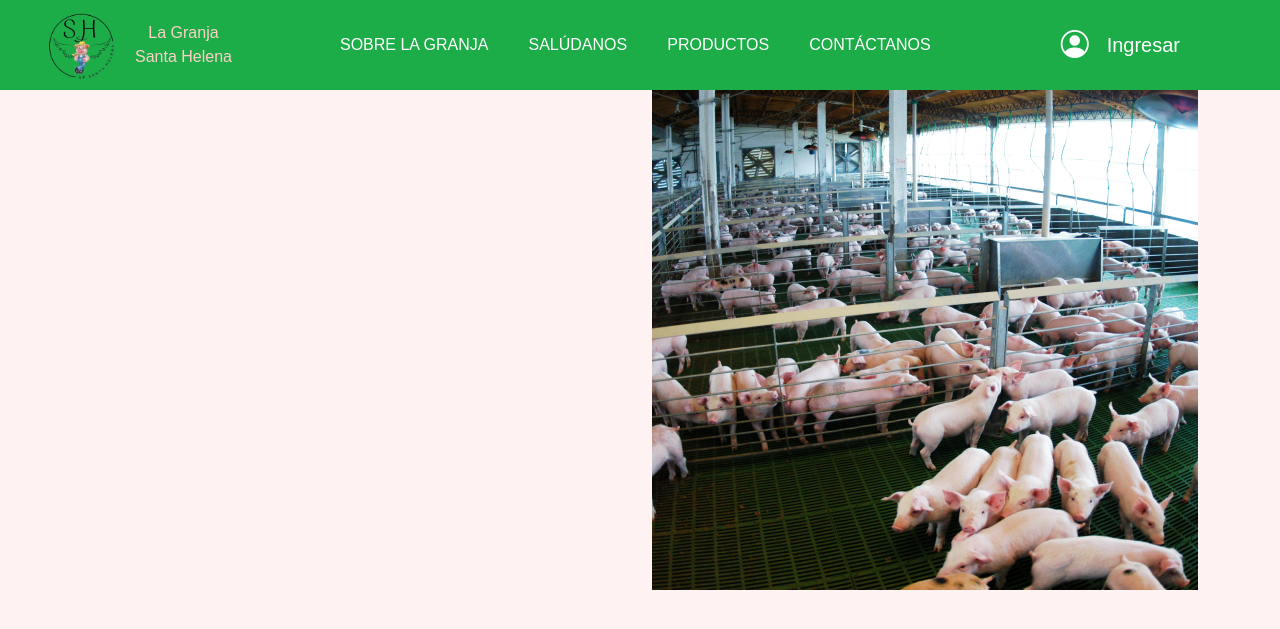
Repository: Mateojimenezz/Granja-Santa-Helena
Page: paginaDeInicio.html
An editor plug-in stored every save of this project. The page is shown before and after the next save, followed by the edit.
The browser window is 1280 px wide. The pictures show the whole page.
Some web fonts or font styles are not loaded; a fallback is used.

Above is the page before, as saved 2025-03-29 16:30:47.

### paginaDeInicio.html
<!DOCTYPE html>
<html lang="es">
<head>
    <meta charset="UTF-8">
    <meta name="viewport" content="width=device-width, initial-scale=1.0">
    <title>La Granja</title>
    <link href="https://cdn.jsdelivr.net/npm/bootstrap@5.3.3/dist/css/bootstrap.min.css" rel="stylesheet" integrity="sha384-QWTKZyjpPEjISv5WaRU9OFeRpok6YctnYmDr5pNlyT2bRjXh0JMhjY6hW+ALEwIH" crossorigin="anonymous">

    <link rel="stylesheet" href="./assets/css/index.css">
    <link rel="stylesheet" href="https://cdn.jsdelivr.net/npm/bootstrap-icons@1.11.3/font/bootstrap-icons.min.css">
    <link href="https://fonts.googleapis.com/css2?family=Calistoga&display=swap" rel="stylesheet">

  </head>
<body>
  <header class="header sticky-top d-flex  align-items-center ">
    <div class="container d-flex  align-items-center justify-content-between ">
      <div class="logo">
        <img  src="./assets/img/logo.png" width="90" alt="Logo">
        <span>La Granja <br> Santa Helena</span>
      </div>
      <nav class="navbar navbar-expand-lg ">
        <button class="navbar-toggler toggler-focus text-white" type="button" data-bs-toggle="collapse" data-bs-target="#menu" aria-controls="menu" aria-expanded="false" aria-label="Toggle navigation">
          <span class="navbar-toggler-icon"></span>
        </button>
        <div class="collapse navbar-collapse" id="menu">
          <ul class="navbar-nav ms-auto    gap-md-2 gap-lg-4">
            <li class="nav-item"><a class="nav-link" href="#">SOBRE LA GRANJA</a></li>
            <li class="nav-item"><a class="nav-link" href="#">SALÚDANOS</a></li>
            <li class="nav-item"><a class="nav-link" href="#">PRODUCTOS</a></li>
            <li class="nav-item"><a class="nav-link" href="#">CONTÁCTANOS</a></li>
          </ul>
          <a href="login.html" class="ingresar1 d-sm-flex d-lg-none text-decoration-none text-dark">
            <i class="bi bi-person-circle fs-3 me-2"></i> <h5 class="pt-2">Ingresar</h5>
          </a>
        </div>

        </div>

      </nav>
      <a href="login.html" class="ingresar d-md-none d-lg-flex text-decoration-none text-dark">
        <i class="bi bi-person-circle fs-3 me-2"></i> <h5 class="pt-2">Ingresar</h5>
      </a>
    </div>
  </header>
  <main class="container">
    <!-- Sección 1 -->
    <section class=" row seccion-1 position-relative ">
        <article class="col-12 col-lg-6">


        </article>
        <article class="col-12 col-lg-6">
            <img src="assets/img/imagen1.jpg" alt="Fotografia de la granja" class="img-fluid imagen1" alt="">
        </article>

    </section>






  </main>

  <!-- bootstrap JS -->
  <script src="https://cdn.jsdelivr.net/npm/bootstrap@5.3.3/dist/js/bootstrap.bundle.min.js" integrity="sha384-YvpcrYf0tY3lHB60NNkmXc5s9fDVZLESaAA55NDzOxhy9GkcIdslK1eN7N6jIeHz" crossorigin="anonymous"></script>
  <script src="./assets/js/menu.js"></script>
</body>

</html>

### assets/css/index.css
@import "./variables.css";

/* === General === */
body {
  margin: 0;
  font-family: var(--font-principal);
  background-color: var(--color-FondoDiv2);
}

/* === Header === */
.header {
  background-color: var(--color-principal);
  color: var(--color-texto);
  font-size: 1rem;
}

.logo {
  display: flex;
  align-items: center;
  gap: 0.5rem;
  color: #FCD1C6;
  text-align: center;
  margin-left: 25px;
}

/* === Botón Ingresar === */
.ingresar,
.ingresar1 {
  color: white !important;
  cursor: pointer;
  display: flex;
  align-items: center;
  gap: 10px;
}

.ingresar {
  margin-left: 110px;
  margin-right: 100px;
}

.ingresar h5:hover,
.ingresar1 h5:hover {
  color: var(--color-fondoDiv);
}

/* === Navbar === */
.navar-nav {
  justify-content: center;
}

.nav-link {
  position: relative;
  color: white;
  text-decoration: none;
  padding: 0.5rem;
  transition: color 0.3s ease-in-out;
}
.nav-link:active{
  color: red;
}

.nav-link::after {
  content: '';
  position: absolute;
  left: 15px;
  bottom: 0;
  width: 0;
  height: 2px;
  background-color: var(--color-FondoDiv2);
  transition: width 0.3s ease-in-out;
}

.nav-link:hover {
  color: var(--color-fondoDiv);
}

.nav-link:hover::after {
  width: 75%;
}

/* === Sección 1 - Imagen Principal === */
.imagen1 {
  width: 100%;
  height: 500px;
  object-fit: cover;
}

.titulo1 {
  position: absolute;
  top: 50%;
  left: 50%;
  transform: translate(-50%, -50%);
  color: white;
  font-size: 4rem;
  font-weight: bold;
  text-shadow: 2px 2px 5px var(--color-principal);
  text-align: center;
}

/* === Sección 3 === */
.seccion-3 {
  background-color: var(--color-fondoDiv);
}

/* === Footer === */
.footer {
  background-color: var(--color-Footter);
  padding-left: 50px;
  padding-bottom: 0px;
  margin-bottom: -50px;
}

.Logofooter {
  max-width: 250px;
  margin-right: 50px;
}

/* === Responsividad === */
@media (max-width: 991px) {

  /* Ajustes en dispositivos pequeños */
  .logo {
    margin-left: -10px;
  }

  .navbar-toggler {
    border: none !important;
  }

  .navbar-toggler:focus,
  .navbar-toggler:active,
  .navbar-toggler:hover {
    outline: none !important;
    box-shadow: 0 0 10px #F8E91C !important;
  }

  /* Ocultar ingresar en pantallas pequeñas y mostrar ingresar1 */
  .ingresar {
    display: none;
  }

  .ingresar1 {
    display: flex;
  }

  .ingresar1 .bi {
    padding-top: 5px;
  }
}

### assets/js/menu.js
document.addEventListener("DOMContentLoaded", function () {
    const menuToggle = document.querySelector(".navbar-toggler");
    const logo = document.querySelector(".logo");
    const menu = document.getElementById("menu");

    menuToggle.addEventListener("click", function () {
      const isMenuOpen = menu.classList.contains("show");

      if (isMenuOpen) {
        // Cuando el menú está abierto, restauramos el logo
        logo.style.display = "flex";
      } else {
        // Cuando el menú está cerrado, ocultamos el logo
        logo.style.display = "none";
      }
    });

    // Detectar cuando el usuario cierra el menú automáticamente
    menu.addEventListener("hidden.bs.collapse", function () {
      logo.style.display = "flex";
    });
  });

### assets/css/variables.css
/* variables.css */
:root {
    --color-principal: #1CAD48 ;
    --color-Botones: rgba(255, 187, 0, 0.47);
    --color-texto: white;
    --color-fondo: #f5f5f5;
    --font-principal: 'calistoga','arial';
    --color-fondoDiv: #F8E91C;
    --color-FondoDiv2:#FFF2F2;
    --color-Footter: #D9D9D9;
    --letra-gris: #B0B0B7;
  }

After the next save:
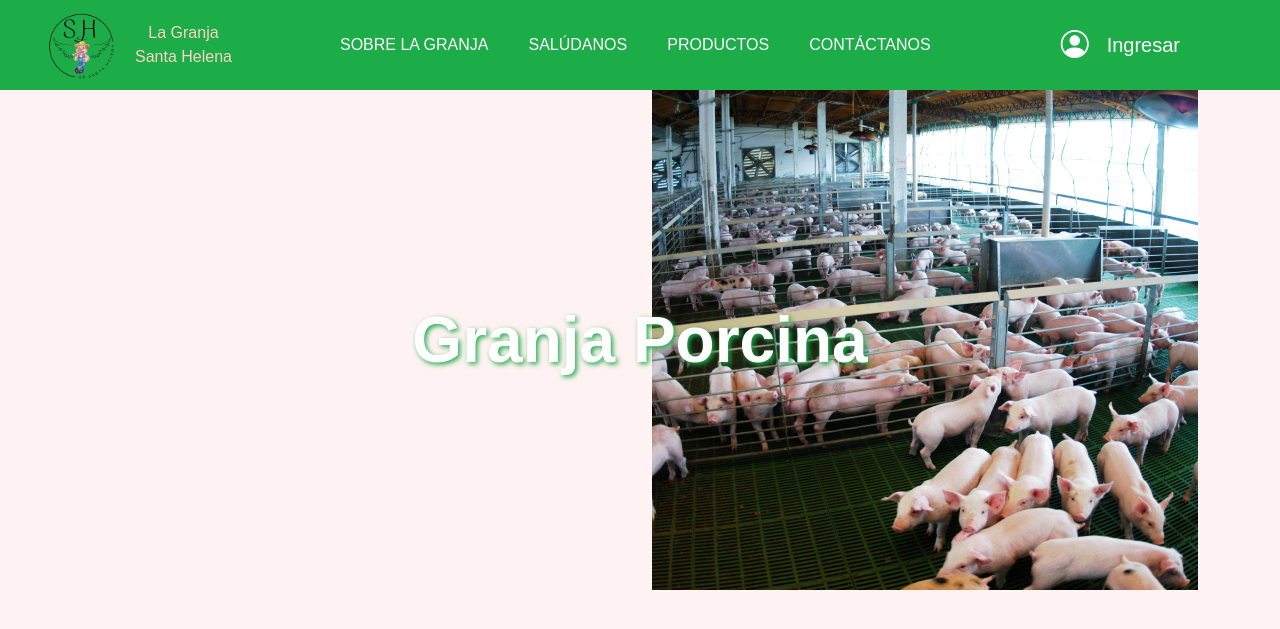
Saved 4 s later.
--- a/paginaDeInicio.html
+++ b/paginaDeInicio.html
@@ -46,7 +46,7 @@
     <!-- Sección 1 -->
     <section class=" row seccion-1 position-relative ">
         <article class="col-12 col-lg-6">
-
+            <h1 class="titulo1 position-absolute ">Granja Porcina</h1>
 
         </article>
         <article class="col-12 col-lg-6">

After the save that followed:
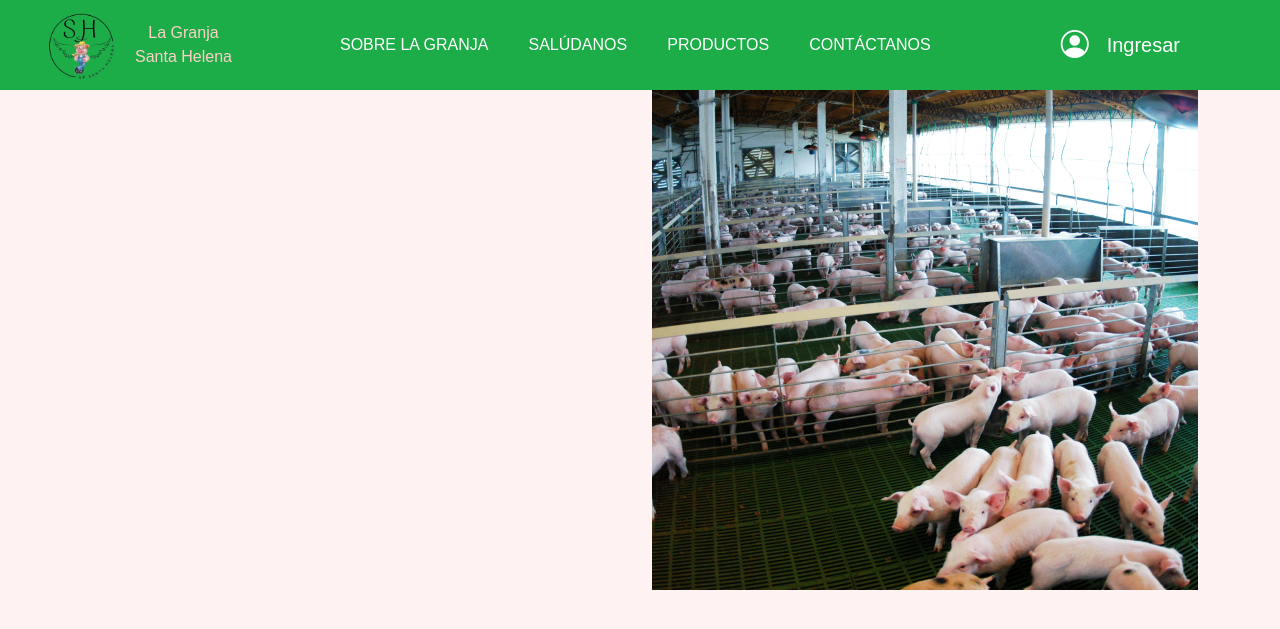
Saved 5 s later.
--- a/paginaDeInicio.html
+++ b/paginaDeInicio.html
@@ -46,7 +46,7 @@
     <!-- Sección 1 -->
     <section class=" row seccion-1 position-relative ">
         <article class="col-12 col-lg-6">
-            <h1 class="titulo1 position-absolute ">Granja Porcina</h1>
+            <h1 class="titulo1 position-absolute "></h1>
 
         </article>
         <article class="col-12 col-lg-6">
